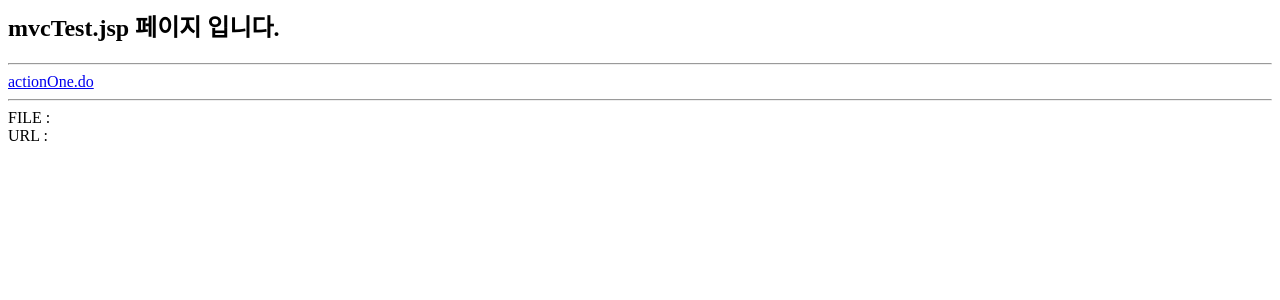
Repository: LTaeHoon/javajsp_ncs
Page: http://localhost/MVC/jsp/mvcTest.jsp
An editor plug-in stored every save of this project. The page is shown before and after the next save, followed by the edit.
The browser window is 1280 px wide. The pictures show the whole page.
The page is served by Tomcat 9.

Above is the page before, as saved 2017-01-31 02:35:16.

After the next save:
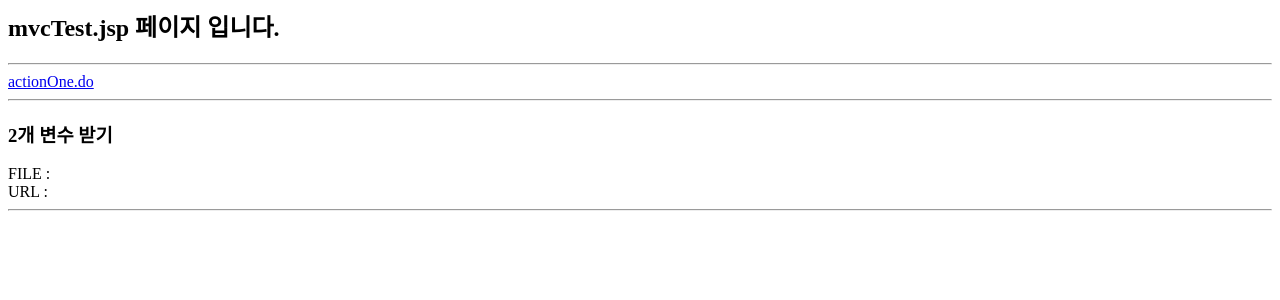
Saved 39 s later.
--- a/MVC/WebContent/jsp/mvcTest.jsp
+++ b/MVC/WebContent/jsp/mvcTest.jsp
@@ -11,5 +11,7 @@
 
 
 <!-- 3차 작성 : 2개 변수 받기-->
+<h3>2개 변수 받기</h3>
 FILE : ${param.FILE} <br>
 URL : ${param.URL} <br>
+<hr>
